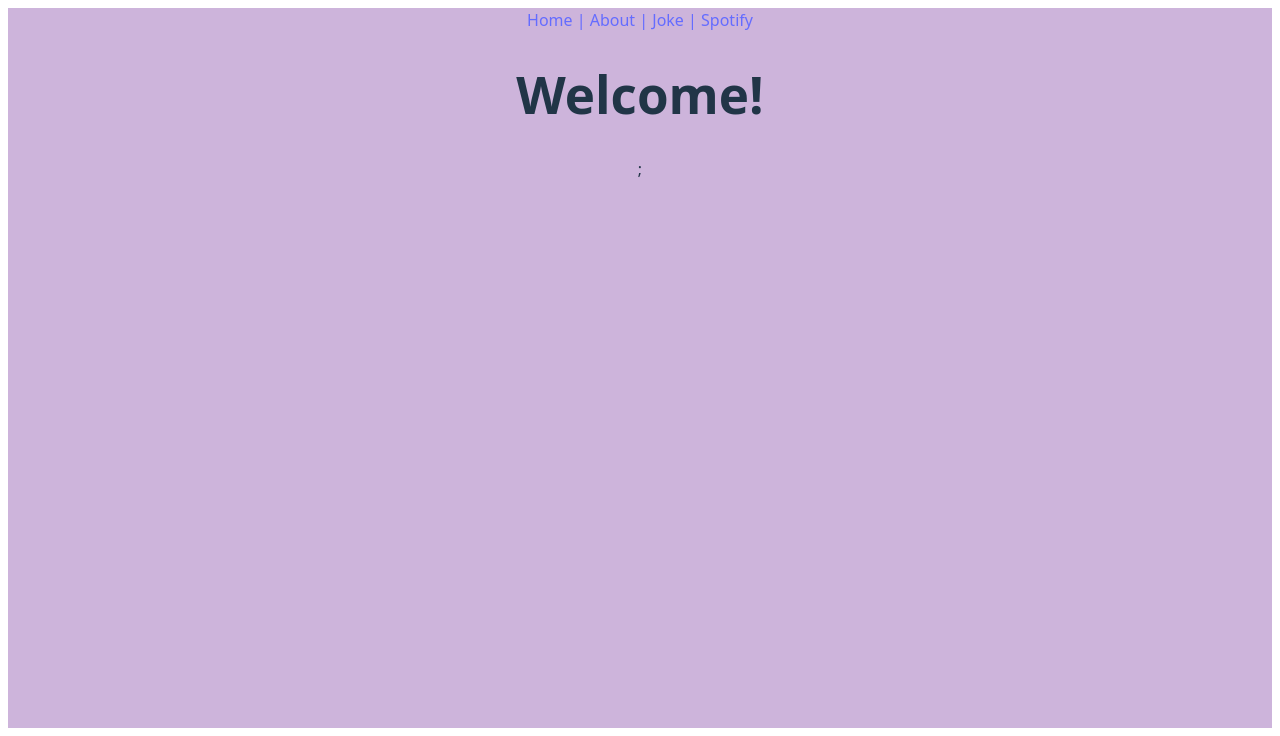
Repository: rosieomusic/spotify-react
Page: /
The author's editor kept a copy of each file at every save. The page is drawn from the files as they stood at one save, then again after the next save.
The browser window is 1280 px wide. The pictures show the whole page.
The project was rebuilt for these pictures with package versions that can differ from the ones it lists, and the page was loaded fresh each time. Settings that the repository does not hold, such as keys and server addresses, were given made-up values. Also part of the build but not shown: vite.config.js, src/pages/AboutPage.jsx, src/services/SpotifyService.js, src/components/AlbumComponent.jsx, src/pages/SpotifyPage.jsx, src/services/JokeService.js, src/pages/JokePage.jsx.

Above is the page before, as saved 2025-05-09 18:36:03.

After the next save:
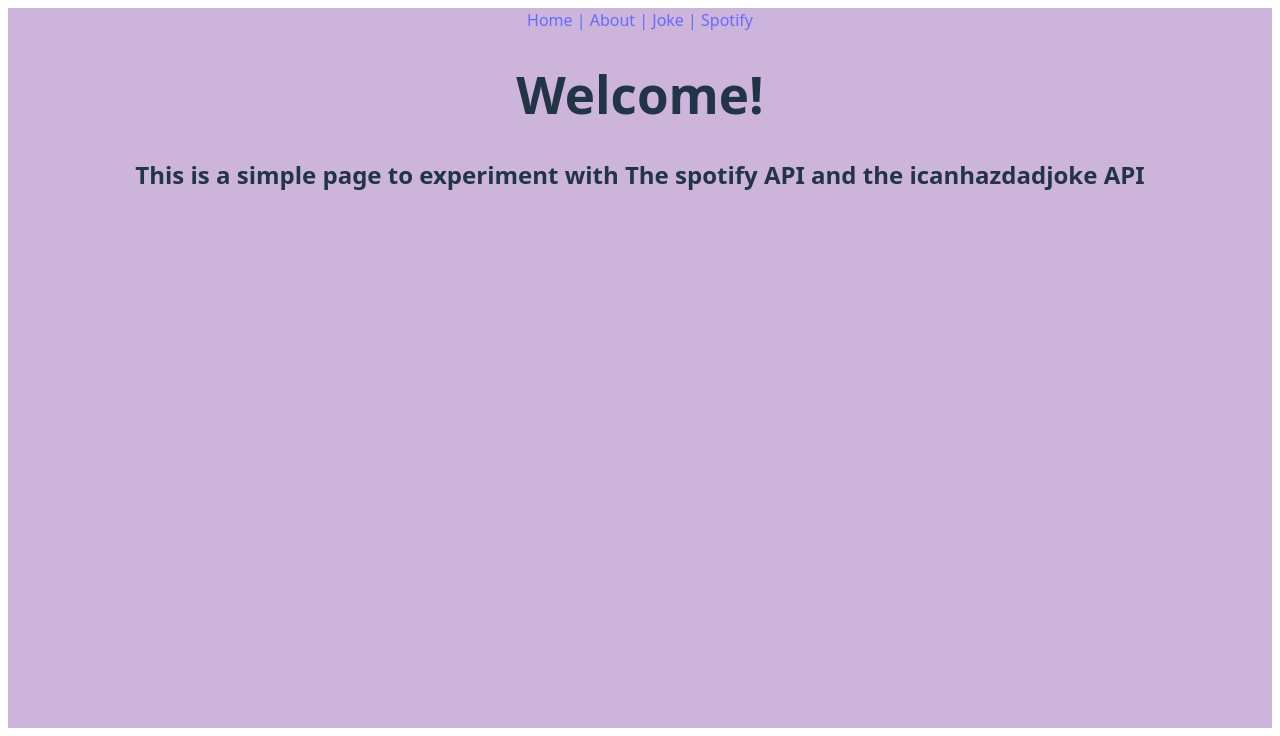
Saved 50 s later.
--- a/src/pages/HomePage.jsx
+++ b/src/pages/HomePage.jsx
@@ -3,7 +3,11 @@ import React from 'react';
 export default function HomePage() {
 	return (
 		<div>
-			<h1>Welcome!</h1>;
+			<h1>Welcome!</h1>
+			<h2>
+				This is a simple page to experiment with The spotify API and the
+				icanhazdadjoke API
+			</h2>
 		</div>
 	);
 }
